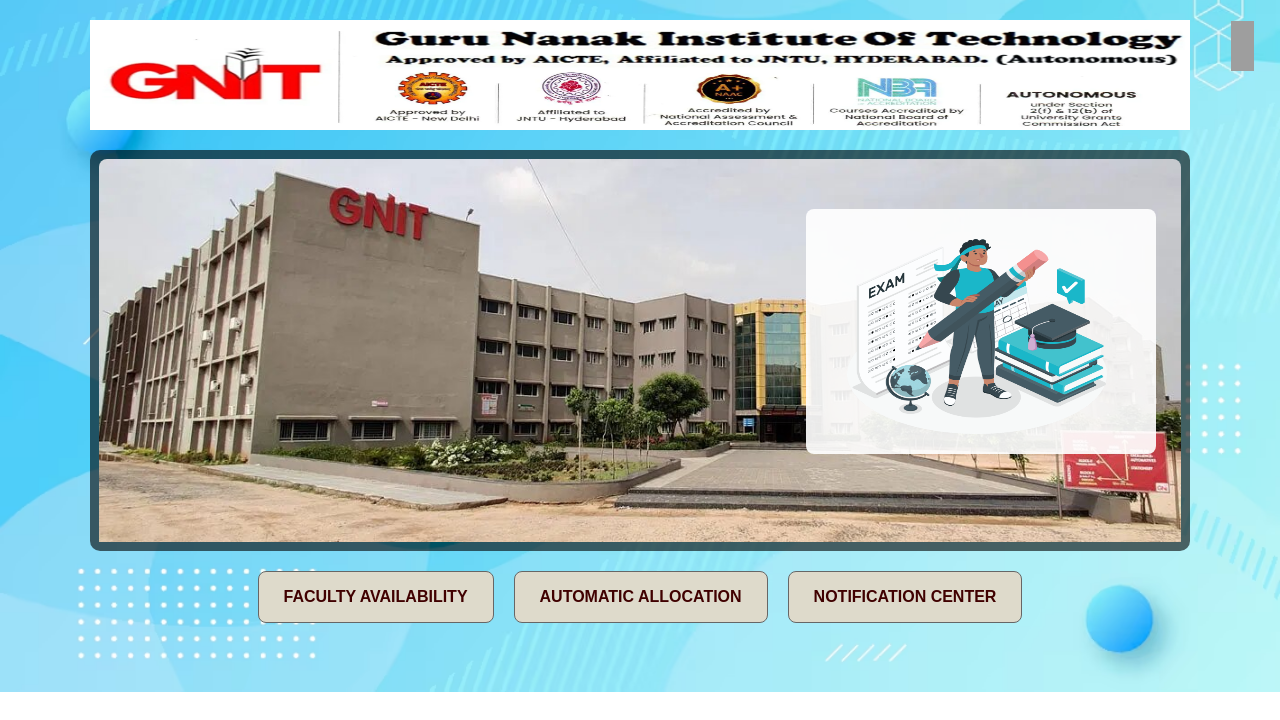
Repository: User-Krishna/Optimized-Exam-Duty-Allocation-With-Smart-Invigilation-Scheduler
Page: MiniProject/src/main/webapp/landing2.html
An editor plug-in stored every save of this project. The page is shown before and after the next save, followed by the edit.
The browser window is 1280 px wide. The pictures show the whole page.
Pictures or frames that could not be fetched are drawn as grey boxes.

Above is the page before, as saved 2024-11-16 04:48:13.

After the next save:
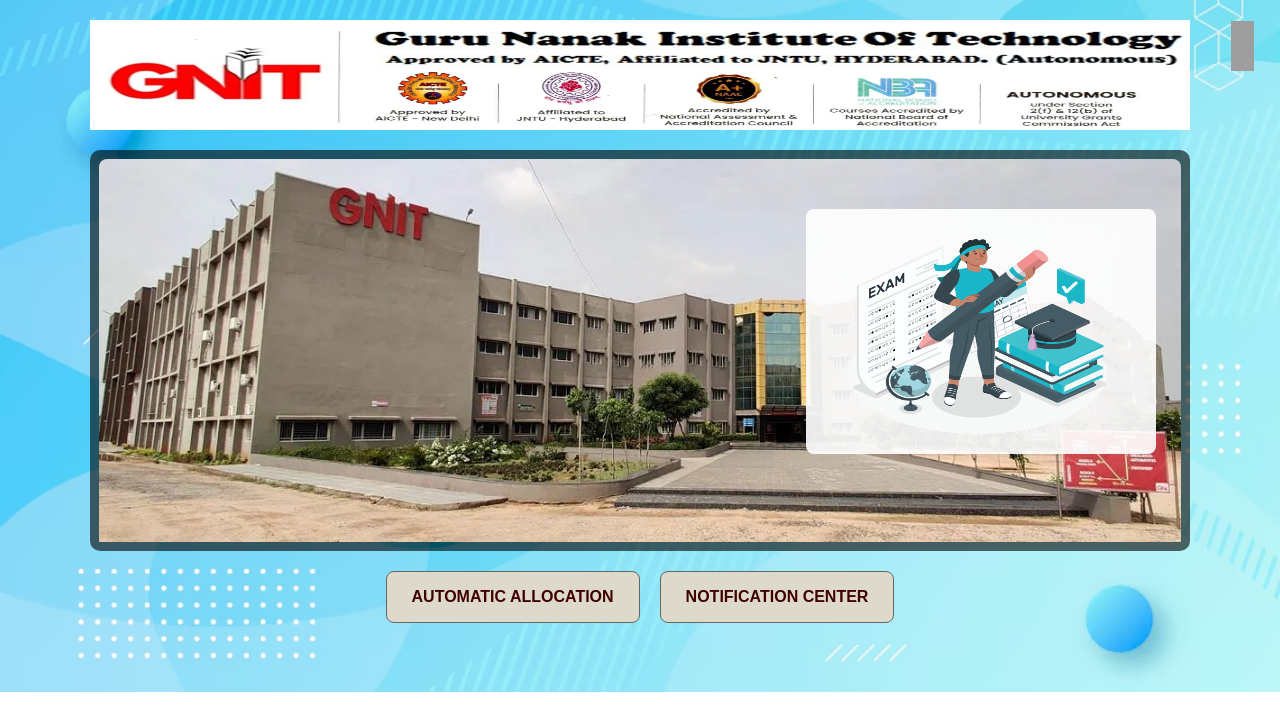
Saved 22 min 31 s later.
--- a/MiniProject/src/main/webapp/landing2.html
+++ b/MiniProject/src/main/webapp/landing2.html
@@ -141,7 +141,6 @@
       </div>
     </div>
     <ul id="slide-tabs">
-      <li><a href="faculty-availability2.jsp">Faculty Availability</a></li>
       <li><a href="faculty-allocation-form.jsp">Automatic Allocation</a></li>
       <li><a href="notification-center.jsp">Notification Center</a></li>
     </ul>
